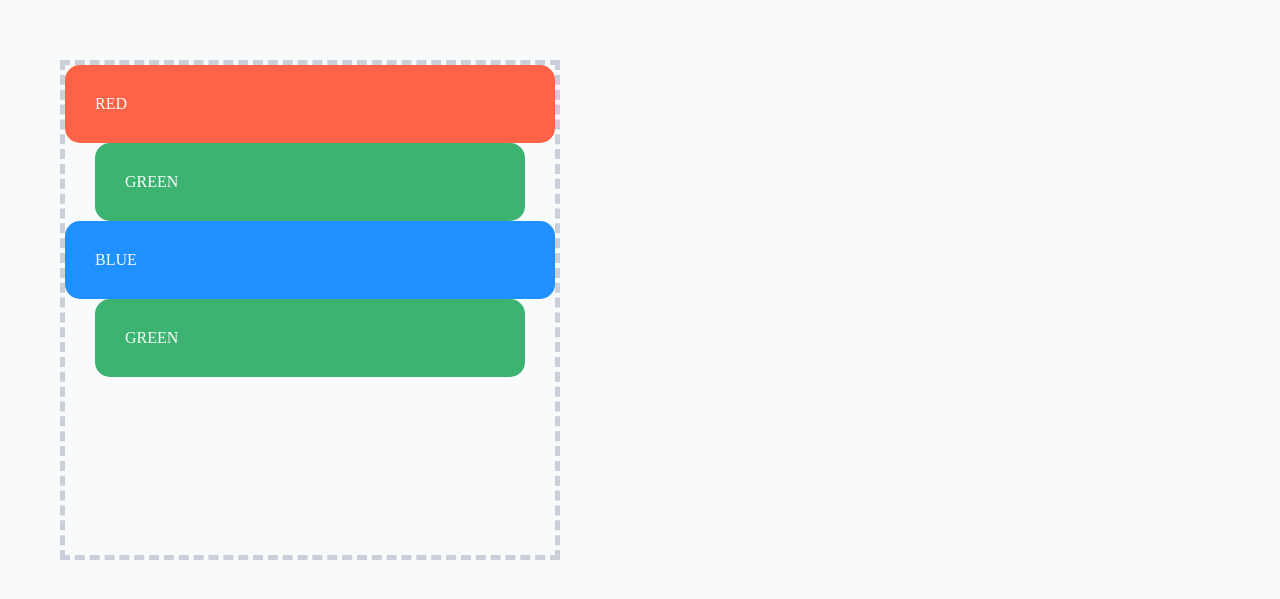
Repository: skybluelion/KB
Page: KB/work05_front/front03_css3_layout/src/main/webapp/css05_flexbox.html
These files come from the project's save history. The page is drawn as it stood at one moment and after the next save; the edit follows.
The browser window is 1280 px wide. The pictures show the whole page.

Above is the page before, as saved 2023-04-11 01:30:01.

### KB/work05_front/front03_css3_layout/src/main/webapp/css05_flexbox.html
<!DOCTYPE html>
<html>
<head>
<meta charset="UTF-8">
<title>요소들간의 간격</title>

<style type="text/css">
	*{
		box-sizing: border-box;
	}
	body{
		background-color: #f9fafc;
		margin: 60px;
	}
	.container{
		border: 5px dashed #cacfd9;
		width: 500px;
		height: 500px;

	}
	.box{
		border-radius: 15px;
		color: #f9fafc;
		padding: 30px;
	}
	.red{
		background-color: Tomato;
	}
	.green{
	 	background-color: MediumSeaGreen;
/* 	 	margin: 30px;  30px 이만큼의 공간이 생긴다  */
	 	margin:0 30px; /* 30px 이만큼의 공간이 좌우에 생긴다 */
	 	/* 이런식의 공간을 주는 것이 그닥 효율적이지 않다. */
	 }
	 .blue{
	 	background-color: DodgerBlue;
	 }


</style>
</head>
<body>
<div class="container">
	<div class="red box">RED</div>
	<div class="green box">GREEN</div>
	<div class="blue box">BLUE</div>

	<div class="green box">GREEN</div>

</div>
</body>
</html>

After the next save:
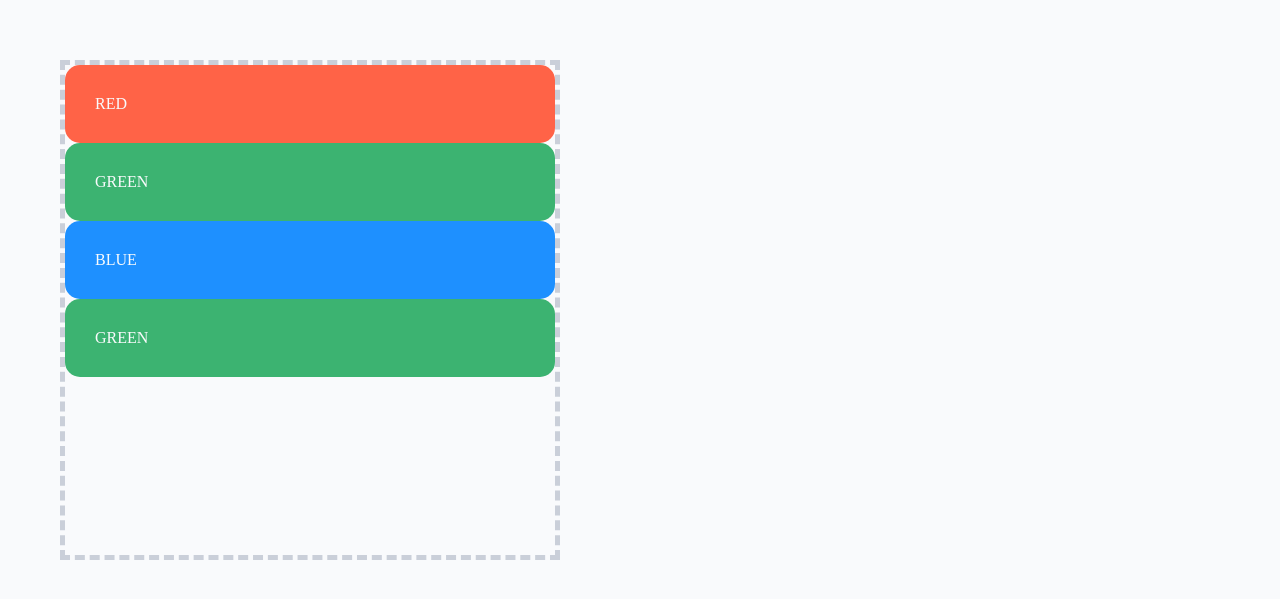
Saved 4 min 5 s later.
--- a/KB/work05_front/front03_css3_layout/src/main/webapp/css05_flexbox.html
+++ b/KB/work05_front/front03_css3_layout/src/main/webapp/css05_flexbox.html
@@ -29,9 +29,13 @@
 	.green{
 	 	background-color: MediumSeaGreen;
 /* 	 	margin: 30px;  30px 이만큼의 공간이 생긴다  */
-	 	margin:0 30px; /* 30px 이만큼의 공간이 좌우에 생긴다 */
+/*	 	margin:0 30px;  30px 이만큼의 공간이 좌우에 생긴다 */
 	 	/* 이런식의 공간을 주는 것이 그닥 효율적이지 않다. */
+
 	 }
+	 /* .box:not(last-child) { 맨 마지막 box는 제외하고 오른쪽에 공간을 30
+	 		margin-right: 30px;
+	 	} */
 	 .blue{
 	 	background-color: DodgerBlue;
 	 }
